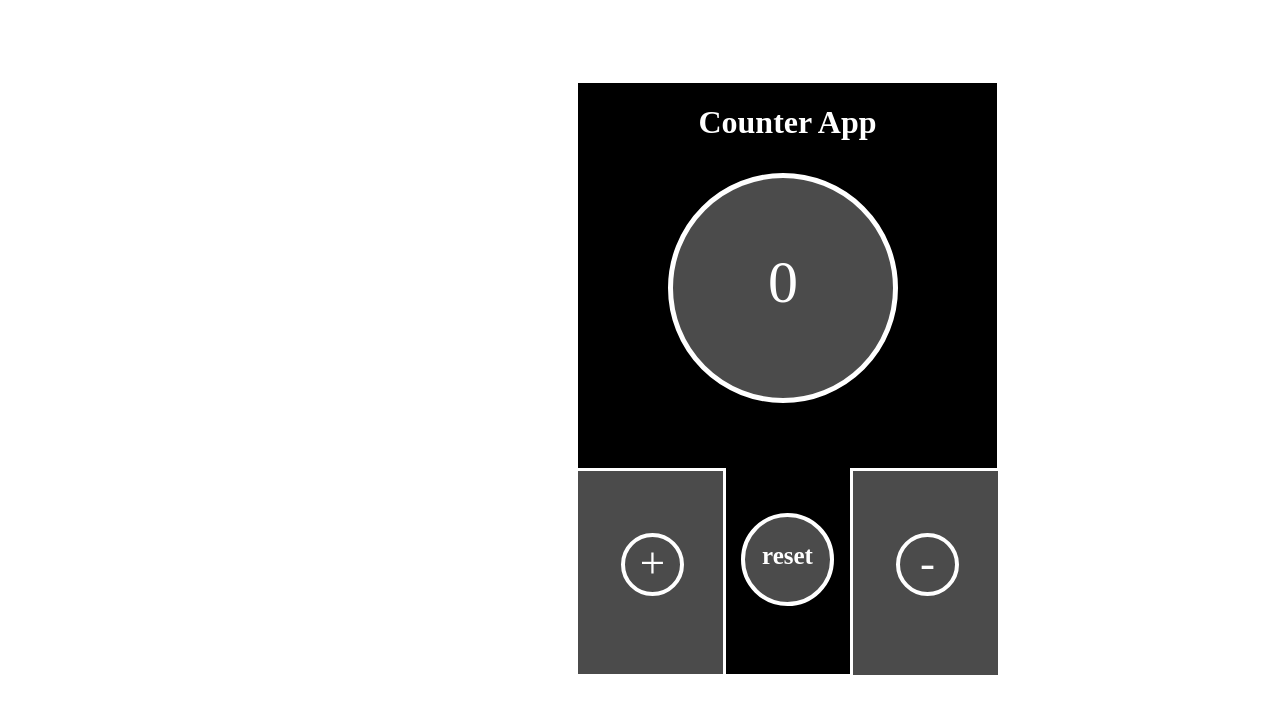
Repository: sara55m/Counter_App
Page: index.html
These files come from the project's save history. The page is drawn as it stood at one moment and after the next save; the edit follows.
The browser window is 1280 px wide. The pictures show the whole page.

Above is the page before, as saved 2024-08-01 04:12:40.

After the next save:
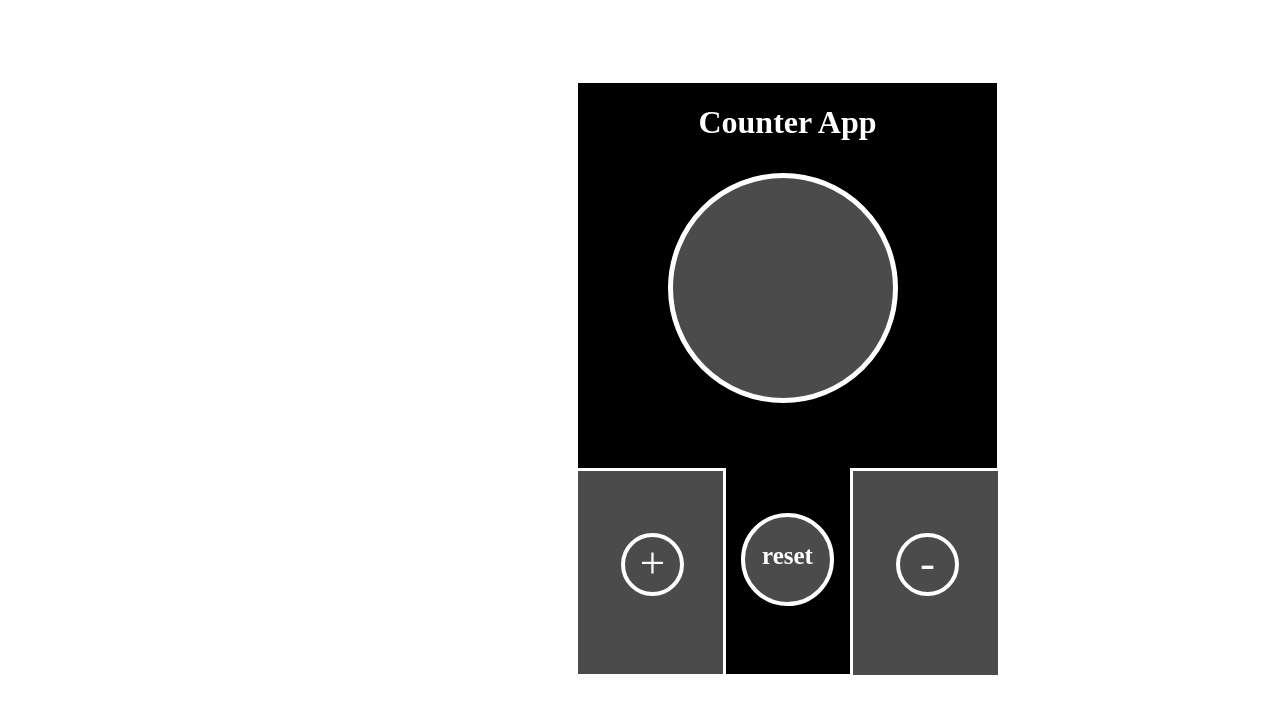
Console error: SyntaxError: Invalid left-hand side in assignment
Saved 54 s later.
--- a/js/script.js
+++ b/js/script.js
@@ -3,7 +3,7 @@
 function increase(){
     count+=1;
     document.getElementById("one").innerHTML=count;
-    document.getElementById("increase2").innerHTML.style="font-size: 50px;";
+    document.getElementById("increase2").innerHTML.style.font-size=" 50px";
 }
 
 function reset_1(){

After the save that followed:
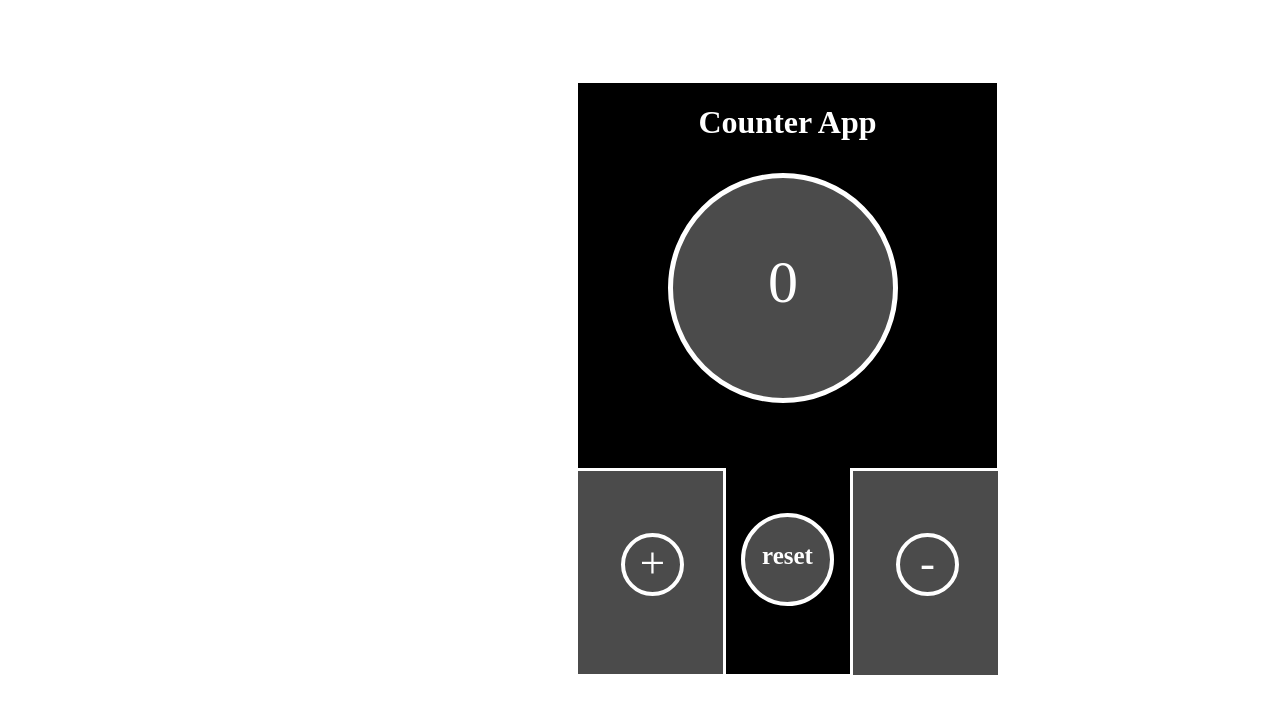
The error is gone.
Saved 72 s later.
--- a/js/script.js
+++ b/js/script.js
@@ -3,7 +3,7 @@
 function increase(){
     count+=1;
     document.getElementById("one").innerHTML=count;
-    document.getElementById("increase2").innerHTML.style.font-size=" 50px";
+    document.getElementById("increase2").innerHTML.style.color="red";
 }
 
 function reset_1(){
